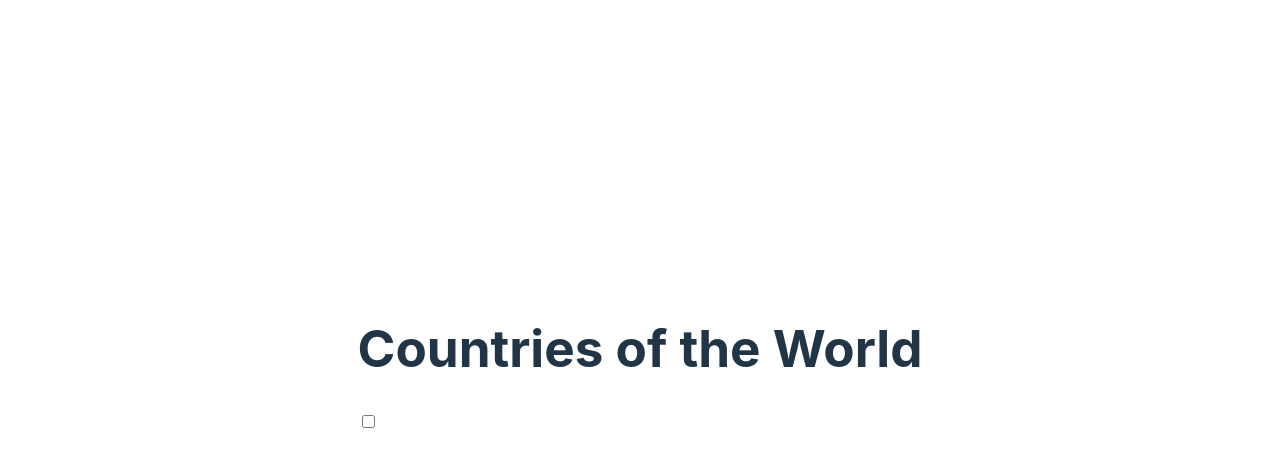
Repository: Vanessahyc/COMP3170_Lab06
Page: /
An editor plug-in stored every save of this project. The page is shown before and after the next save, followed by the edit.
The browser window is 1280 px wide. The pictures show the whole page.
The page's requests for data from a server got no answer. The project was rebuilt for these pictures with package versions that can differ from the ones it lists, and the page was loaded fresh each time. No one was signed in, and anything a server would have sent is missing. Also part of the build but not shown: vite.config.js, src/components/Country.jsx.

Above is the page before, as saved 2024-11-14 16:22:30.

After the next save:
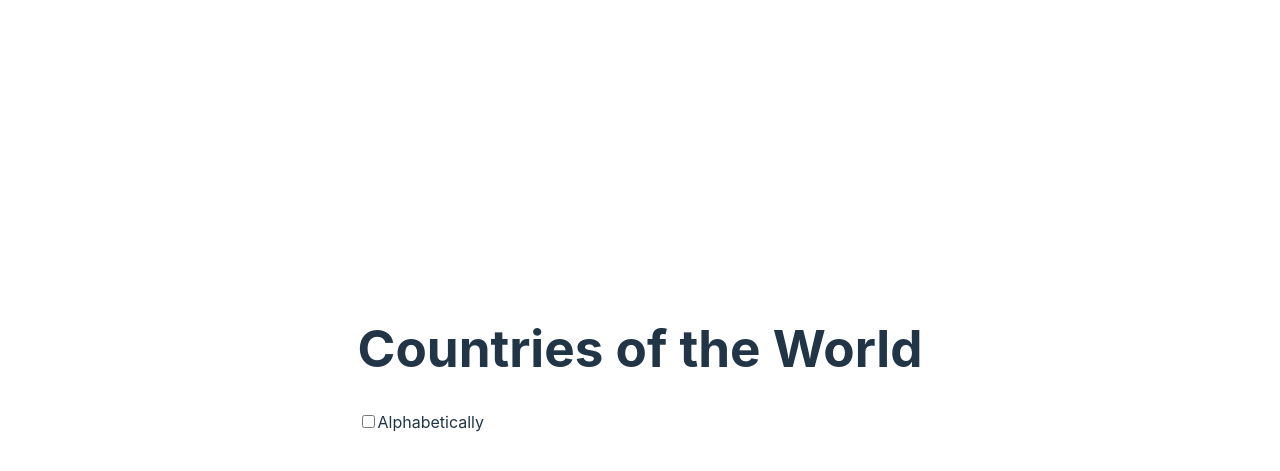
Saved 3 min 9 s later.
--- a/src/App.jsx
+++ b/src/App.jsx
@@ -24,6 +24,7 @@
       <div>
         <div>
           <input type='checkbox'/>
+          <label>Alphabetically</label>
         </div>
       </div>
       <Countries countries={countries}/>

After the 2 saves that followed:
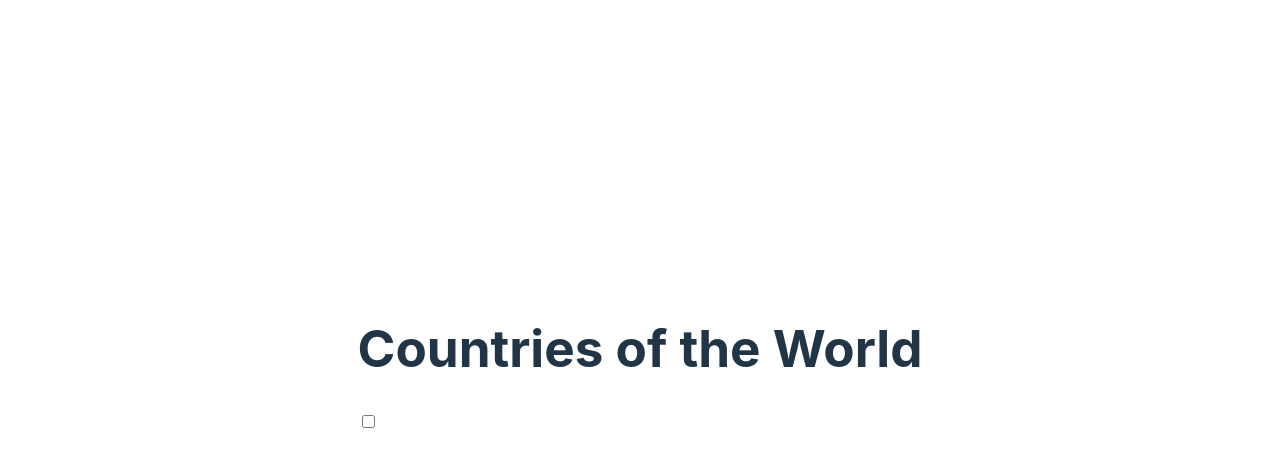
The 2 saves are shown as one change because 1 left the picture as it was.
The last was saved 43 s later.
--- a/src/App.jsx
+++ b/src/App.jsx
@@ -23,8 +23,11 @@
       <h1>Countries of the World</h1>
       <div>
         <div>
-          <input type='checkbox'/>
-          <label>Alphabetically</label>
+          <input type='checkbox' name='alphabetically'/>
+          {/* <label>Alphabetically</label> */}
+        </div>
+        <div>
+          <label></label>
         </div>
       </div>
       <Countries countries={countries}/>
